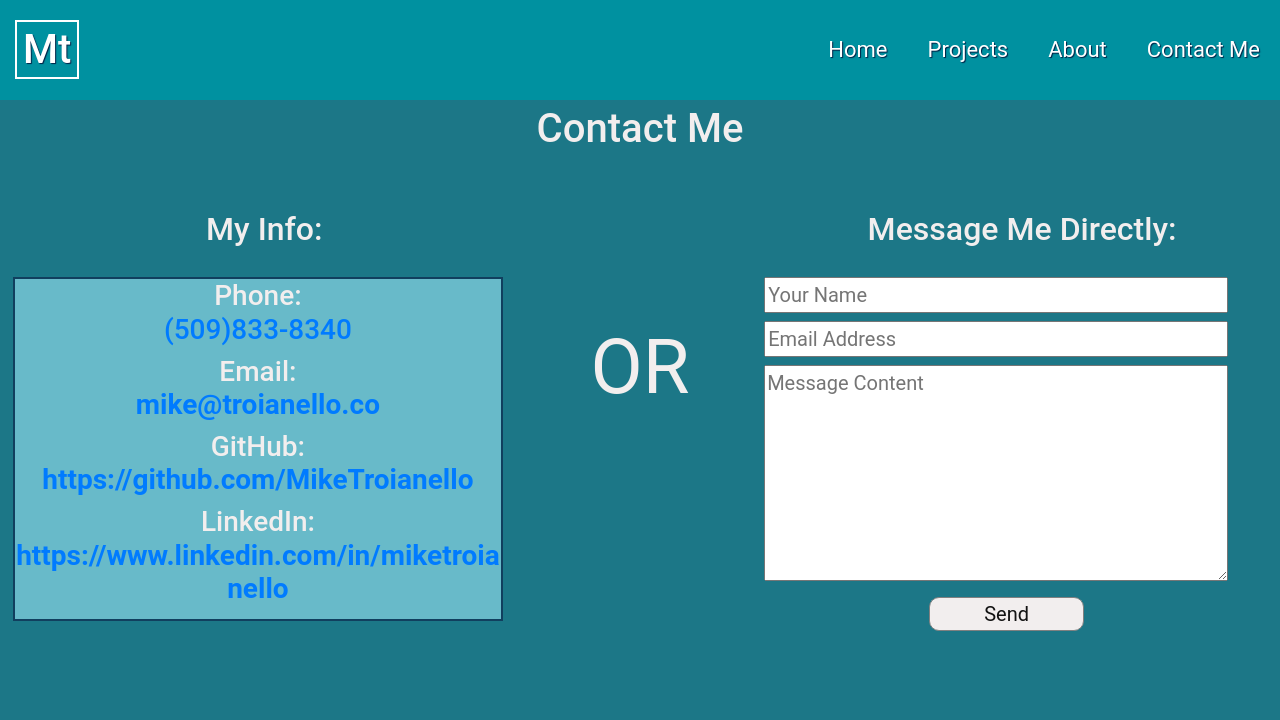
Repository: MikeTroianello/troianello
Page: /contact
The author's editor kept a copy of each file at every save. The page is drawn from the files as they stood at one save, then again after the next save.
The browser window is 1280 px wide. The pictures show the whole page.
The project was rebuilt for these pictures with package versions that can differ from the ones it lists, and the page was loaded fresh each time. Also part of the build but not shown: src/components/context-sensitive/Greet.js, src/components/locations/Home.js, src/components/locations/About/About.css, src/components/locations/About/AboutMobile.css, src/components/locations/About/About.js, src/components/cards/RainbowDay.js, src/components/cards/CanvasBubbles.js, src/components/cards/projectCard.css and 4 more.

Above is the page before, as saved 2019-08-03 14:25:22.

After the next save:
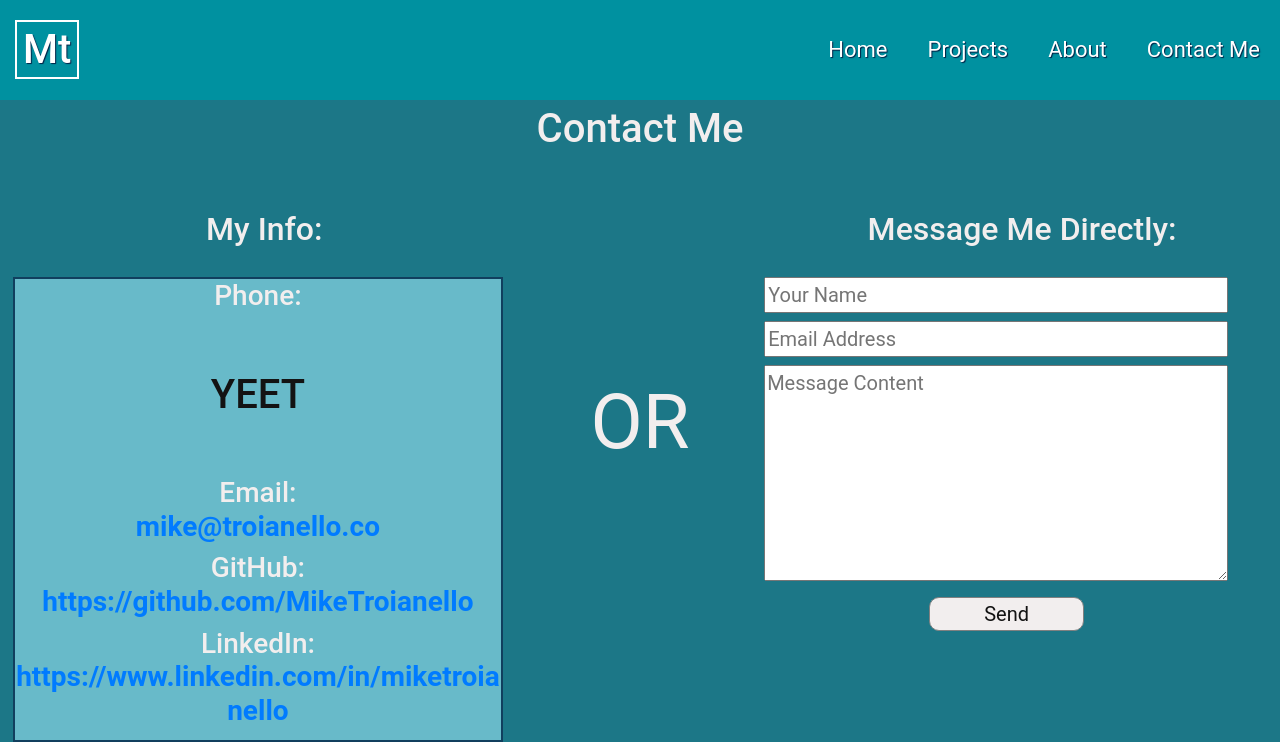
Saved 51 s later.
--- a/src/components/locations/Contact/Contact.js
+++ b/src/components/locations/Contact/Contact.js
@@ -15,9 +15,9 @@ export default function Contact() {
               <br />
               <span className='contact-number'>
                 {window.innerWidth > 425 ? (
+                  <h1>YEET</h1>
+                ) : (
                   <a href='tel:5098338340'>(509)833-8340</a>
-                ) : (
-                  <h1>YEET</h1>
                 )}
               </span>
             </h3>
